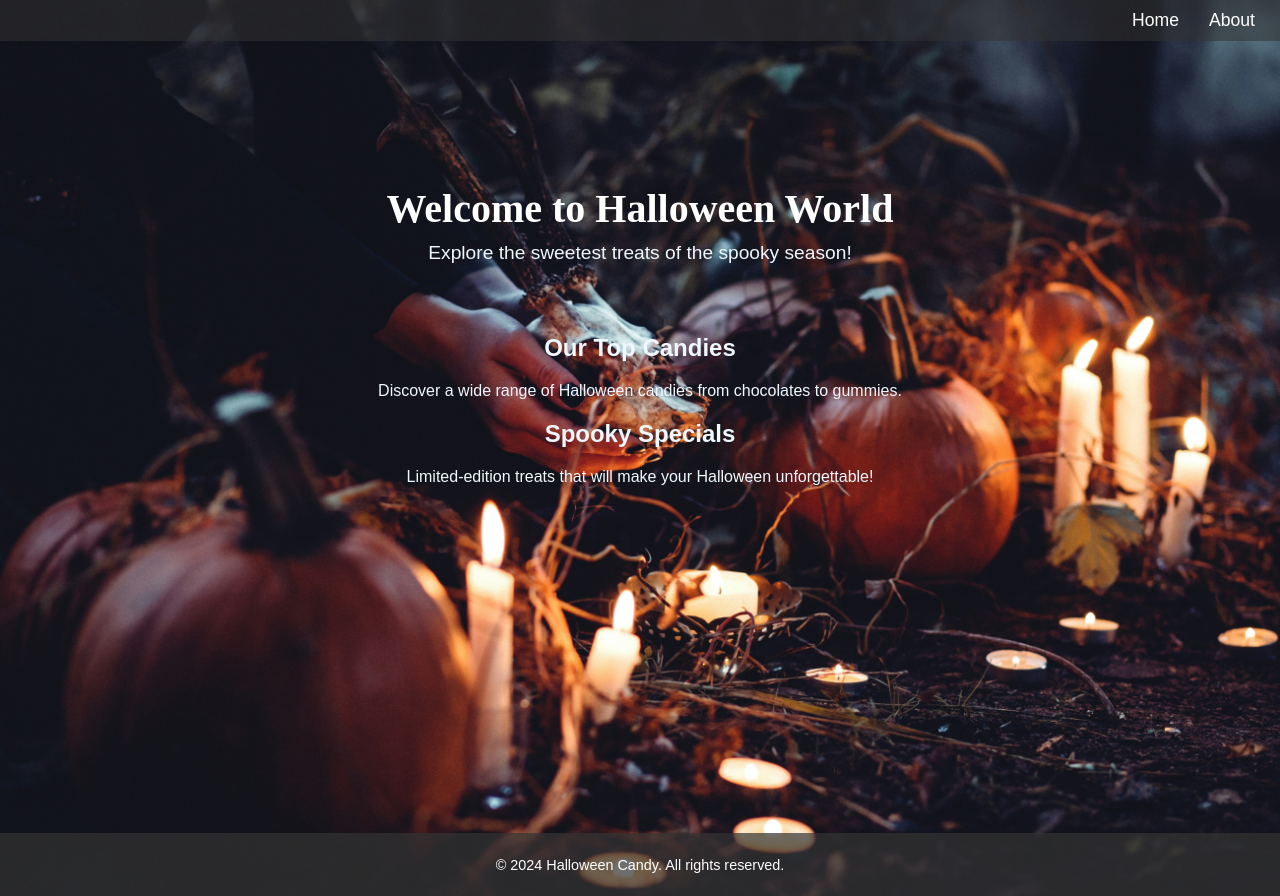
Repository: monicaifijeh/test2
Page: kyportfolio/src/indexHallo.html
An editor plug-in stored every save of this project. The page is shown before and after the next save, followed by the edit.
The browser window is 1280 px wide. The pictures show the whole page.

Above is the page before, as saved 2024-12-20 17:56:48.

After the next save:
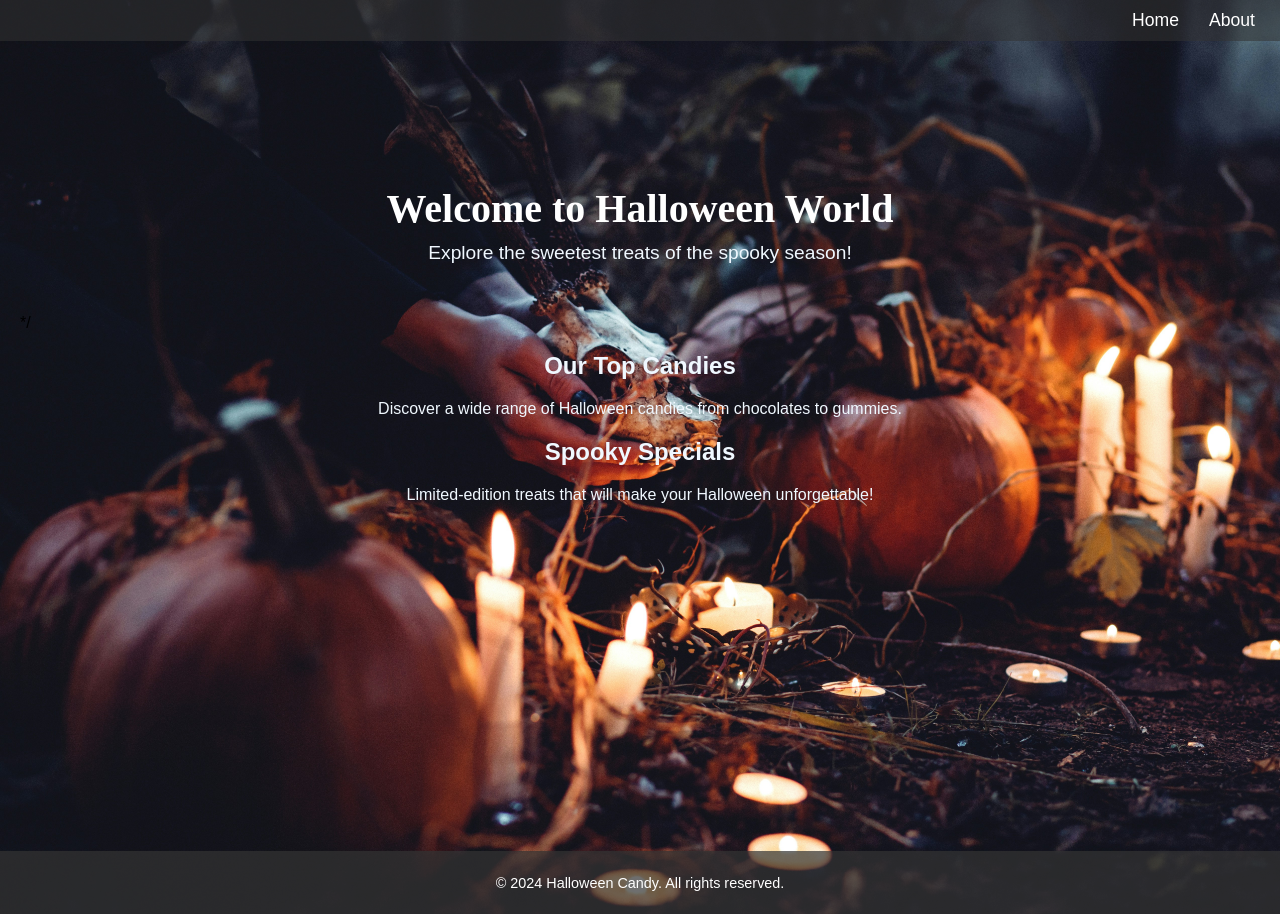
Saved 49 s later.
--- a/kyportfolio/src/indexHallo.html
+++ b/kyportfolio/src/indexHallo.html
@@ -18,7 +18,7 @@
       <p>Explore the sweetest treats of the spooky season!</p>
     </header>
     <main>
-      <section class="intro">
+      */<section class="intro">
         <h2>Our Top Candies</h2>
         <p>
           Discover a wide range of Halloween candies from chocolates to gummies.

After the save that followed:
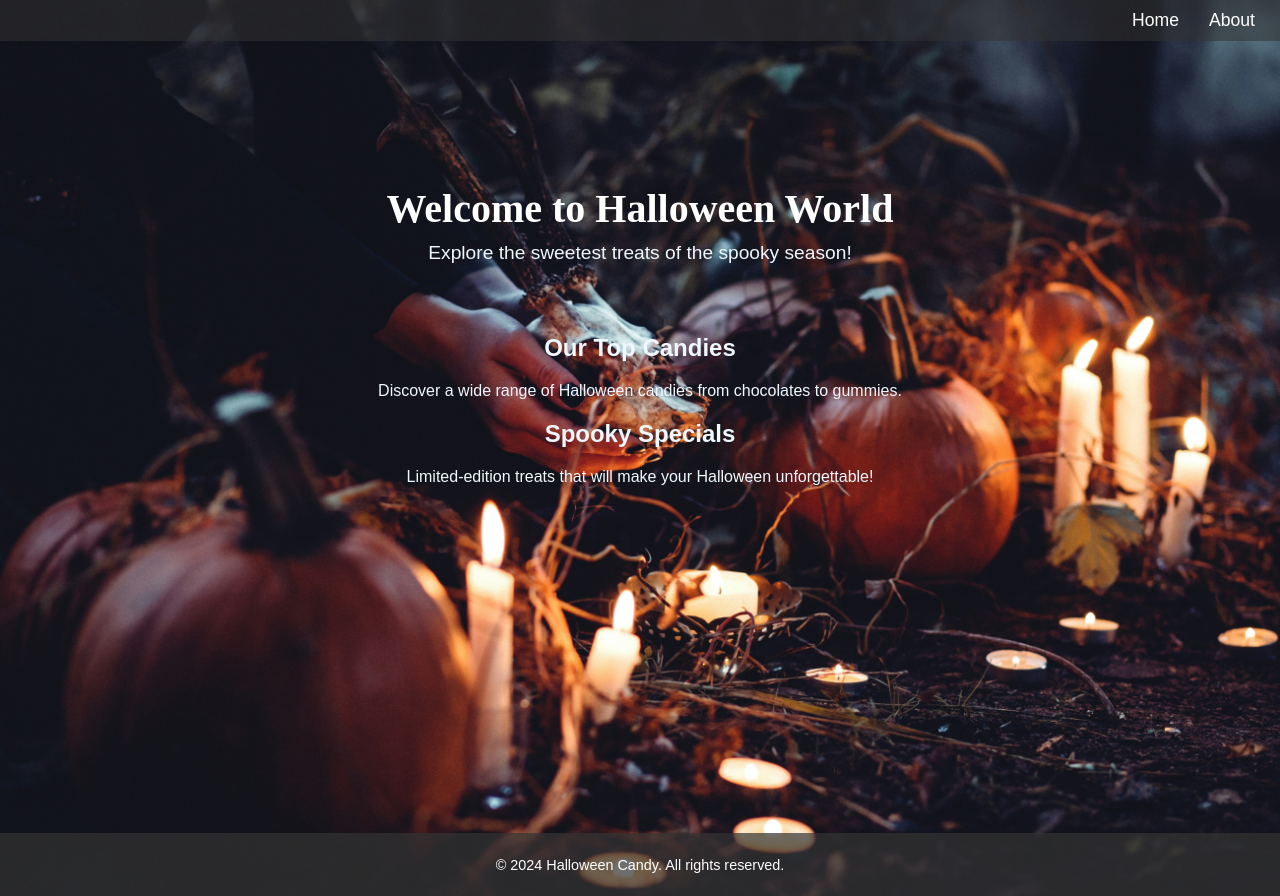
Saved 6 s later.
--- a/kyportfolio/src/indexHallo.html
+++ b/kyportfolio/src/indexHallo.html
@@ -18,7 +18,7 @@
       <p>Explore the sweetest treats of the spooky season!</p>
     </header>
     <main>
-      */<section class="intro">
+      <section class="intro">
         <h2>Our Top Candies</h2>
         <p>
           Discover a wide range of Halloween candies from chocolates to gummies.
